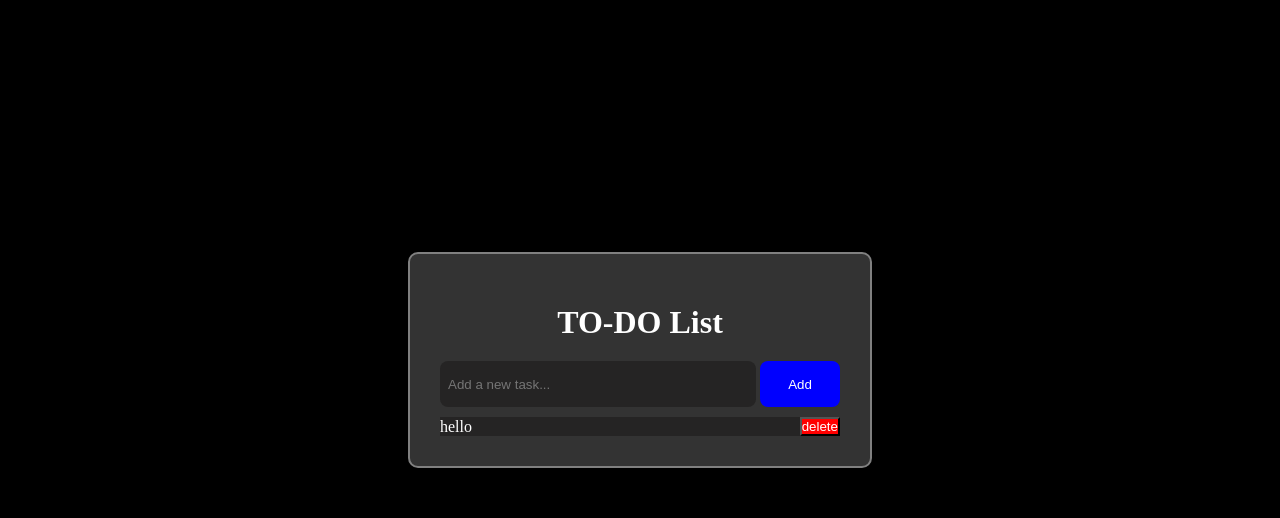
Repository: ksusmitha879-cyber/todo-list
Page: index.html
An editor plug-in stored every save of this project. The page is shown before and after the next save, followed by the edit.
The browser window is 1280 px wide. The pictures show the whole page.

Above is the page before, as saved 2025-11-28 02:39:43.

### index.html
<!DOCTYPE html>
<html lang="en">
<head>
    <meta charset="UTF-8">
    <meta name="viewport" content="width=device-width, initial-scale=1.0">
    <title>TO-DO List</title>
    <link rel="stylesheet" href="style.css">
</head>
<body>
    <div class="container">
        <h1>TO-DO List</h1>
        <div class="input-container">
            <input type="text" id="todo-input" placeholder="Add a new task..."/>
            <button>Add</button>
        </div>
        <ul id="todo-list">
            <li>
                <span>hello</span>
                <button>delete</button>
            </li>
        </ul>
    </div>
</body>
</html>

### style.css
*{
    margin: 0;
    padding: 0;
    background-color: black;
    color: white;
}

html, body{
    height: 100%;
    display: grid;
    place-items: center;
}
.container{
    padding: 30px;
    background-color: rgb(51, 51, 51);
    width: 400px;
    height: auto;
    border: 2px solid grey;
    border-radius: 10px;
}
h1{
    display: flex;
    align-items: center;
    justify-content: center;
    background-color: rgb(51, 51, 51);
    margin: 20px;
}
.input-container{
    background-color: rgb(51, 51, 51);
    width: 100%;
    display: flex;
    justify-content: space-between;
}
input{
    background-color: #252424;
    color: white;
    width: 75%;
    height: 30px;
    border-radius: 8px;
    border-style: none;
    padding: 8px;
}
.input-container button{
    background-color: blue;
    color: white;
    width: 20%;
    height: auto;
    border-radius: 8px;
    border-style: none;
    padding: 8px;
    cursor: pointer;
}
ul{
    background-color: rgb(51, 51, 51);
}
li{
    background-color: #252424;
    list-style: none;
    margin-top: 10px;
    display: flex;
    align-items: center;
    justify-content: space-between;
    height: ;
    /* border-radius: 8px; */
}
span{
    background-color: #252424;
}
li button{
    background-color: red;
    /* height: 40px; */
}

After the next save:
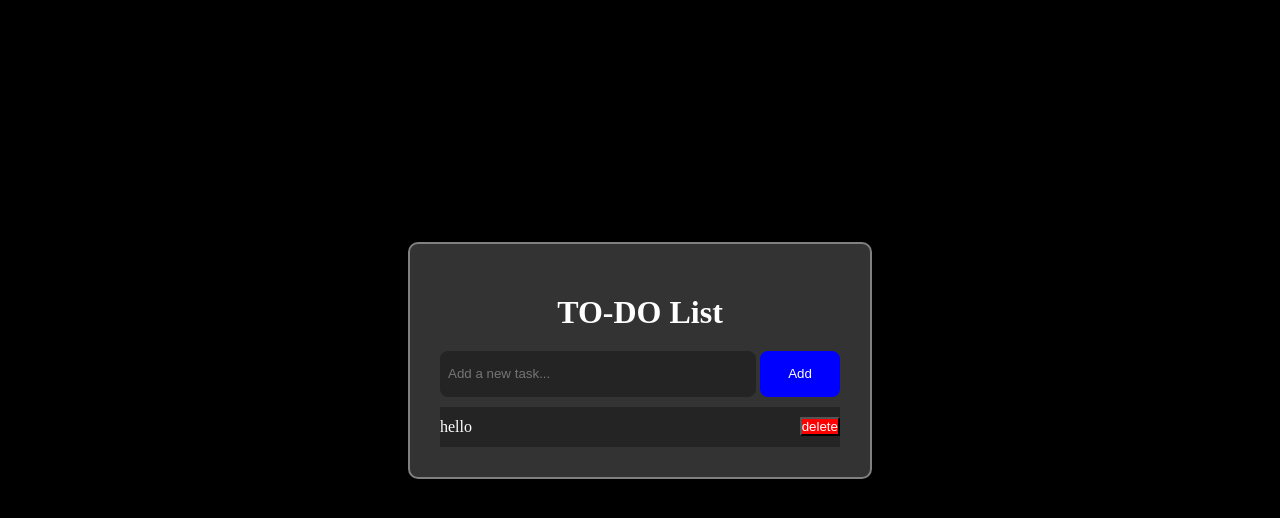
Saved 5 s later.
--- a/style.css
+++ b/style.css
@@ -60,7 +60,7 @@ li{
     display: flex;
     align-items: center;
     justify-content: space-between;
-    height: ;
+    height: 40px;
     /* border-radius: 8px; */
 }
 span{
